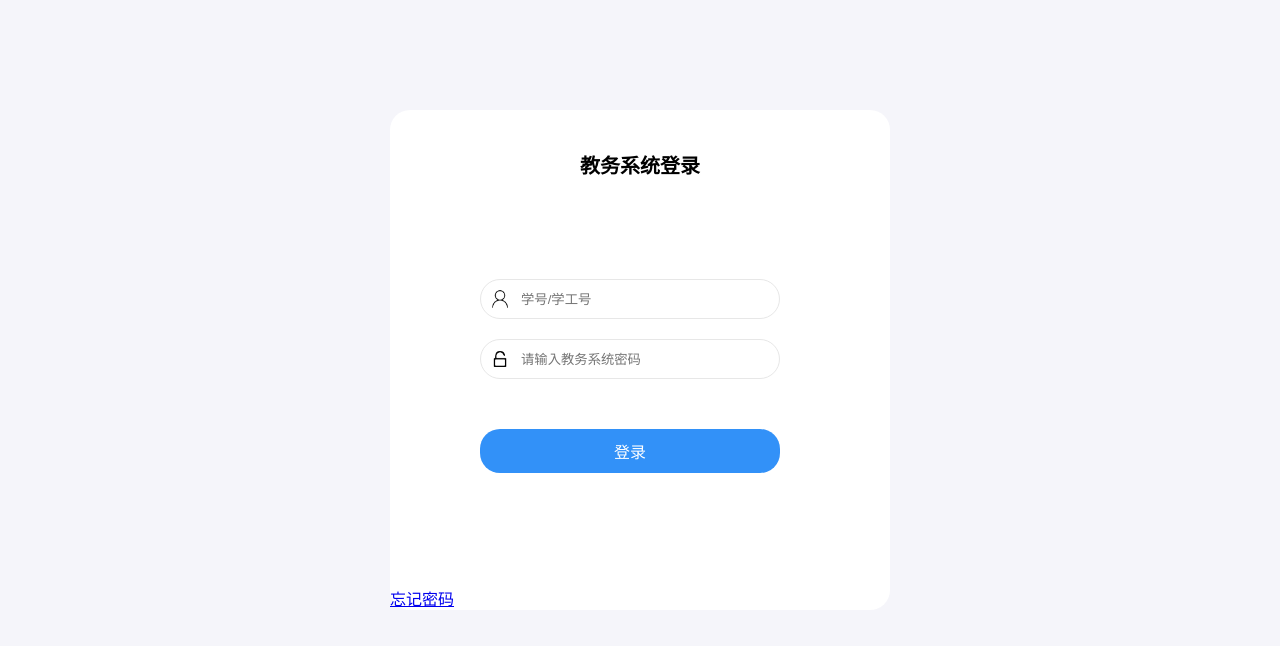
Repository: yangziteng/System
Page: / (app in myreact/)
An editor plug-in stored every save of this project. The page is shown before and after the next save, followed by the edit.
The browser window is 1280 px wide. The pictures show the whole page.
The project was rebuilt for these pictures with package versions that can differ from the ones it lists, and the page was loaded fresh each time. Also part of the build but not shown: myreact/vite.config.js, myreact/src/App.css, myreact/src/App.jsx, myreact/src/log.jsx.

Above is the page before, as saved 2022-07-08 15:01:39.

### myreact/src/main.jsx
import React from 'react'
import ReactDOM from 'react-dom/client'
import App from './App'
import LOG from './log'
import './index.css'
import Login from "./pages/Login/Login"
const p = {name:"杨",age:12}
ReactDOM.createRoot(document.getElementById('root')).render(
  <React.StrictMode>
    {/* //解构赋值 语法 */}

    <Login/>


  </React.StrictMode>
)

### myreact/src/pages/Login/Login.jsx
import { useState } from 'react'
import { Component } from 'react'
import "./Login.css"
import img2 from "./images/p.png"
import img from "./images/a.png" //引入图片
class Login extends Component {
    constructor() {
        super()
    }
    render() {
        return (
            <div className='bgc'>
                <div className='model'>
                    <div className='model-head'>教务系统登录</div>
                    <div className='model-body'>
                        <div className='username'>
                            <input type="text" placeholder='学号/学工号' className='model-body-input' >
                            </input>
                            <img className='img' src={img} alt="" />
                        </div>
                        <div className='pwd'>
                            <input type="password" placeholder='请输入教务系统密码' className='model-body-input' >
                            </input>
                            <img className='img' src={img2} alt="" />
                        </div>
                        <div className='model-end'>
                            登录
                        </div>
                    </div>
                    <div className='end'>
                        <a href="https://jwxt.gdupt.edu.cn/index.jsp">忘记密码</a>
                    </div>
                </div>
            </div>
        )
    }
}
export default Login

### myreact/src/pages/Login/Login.css

.bgc{
    background-color: rgba(245,245,250);
    width: 100vw;
    height: 100vh;
    display:flex;
    align-items: center;
}
.model{
    width: 500px;
    height: 500px;
    background-color: white;
    border-radius: 20px;
    margin:0 auto;
    position: relative;
}
.model-head{
    text-align: center;
    margin-top:40px;
    font-size: 20px;
    font-weight: 800;
}
.model-body{

    margin-top:100px;

}
.username{
    display: flex;
    justify-content: center;
    align-items: center;
    position: relative;

}
.pwd{
    display: flex;
    justify-content: center;
    align-items: center;
    position: relative;
    margin-top:20px
}
.model-body-input{
    width: 300px;
    height: 40px;
    outline: none;
    border-radius: 20px;
    padding-left:40px ;
    box-sizing: border-box;
    border:1px solid #e7e7e7
}

.img{
    width: 20px;
    height: 20px;
    position: relative;
    right: 290px;
    /* right:290px */
}
.model-end{
    width: 300px;
    background-color: rgba(50,145,248);
    /* letter-spacing: 40px; */
    border-radius: 20px;
    padding: 10px 0px;
    text-align: center;
    color:white;
    margin:0 auto;
    position: relative;
    right:10px;
    margin-top:50px;
}
.end{
    position: absolute;
    bottom: 0px;
}

Loaded but not shown: myreact/index.html (common file); myreact/src/index.css (common file)

After the next save:
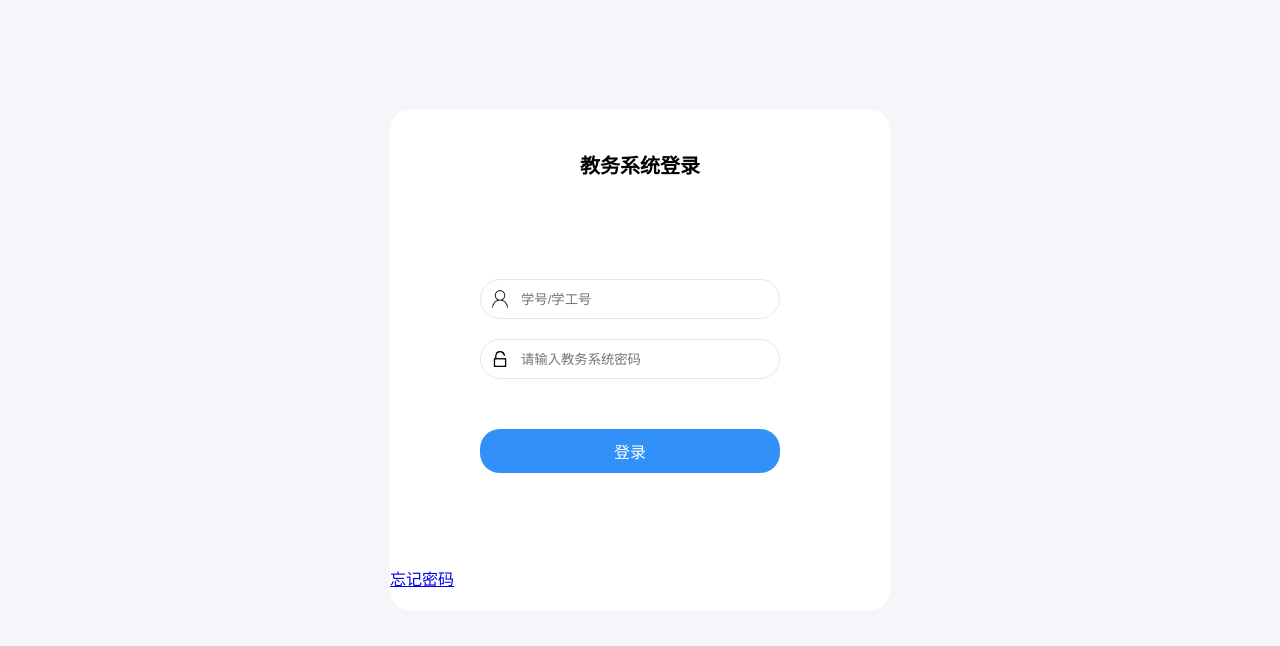
Saved 6 s later.
--- a/myreact/src/pages/Login/Login.css
+++ b/myreact/src/pages/Login/Login.css
@@ -71,5 +71,6 @@
 }
 .end{
     position: absolute;
-    bottom: 0px;
+    bottom: 20px;
+
 }
